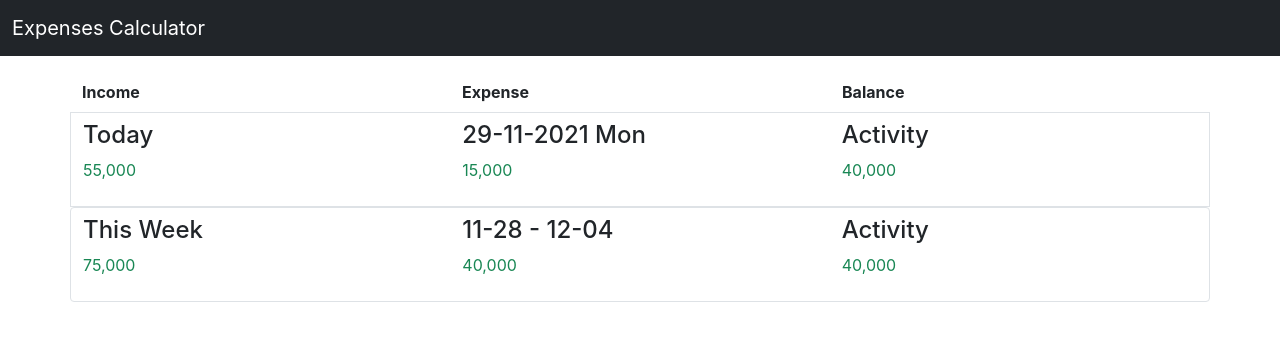
Repository: eidankhan/expenses-calculator
Page: /
An editor plug-in stored every save of this project. The page is shown before and after the next save, followed by the edit.
The browser window is 1280 px wide. The pictures show the whole page.
The project was rebuilt for these pictures with package versions that can differ from the ones it lists, and the page was loaded fresh each time. Also part of the build but not shown: src/components/SaveIncome.js.

Above is the page before, as saved 2021-11-29 17:15:35.

After the next save:
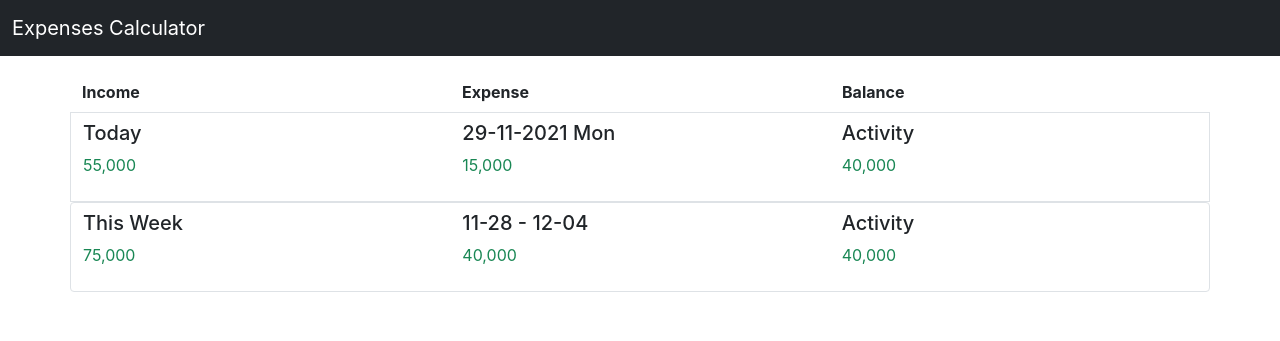
Saved 49 s later.
--- a/src/components/IncomeSummary.js
+++ b/src/components/IncomeSummary.js
@@ -1,58 +1,52 @@
 import React from "react";
 
 export const IncomeSummary = () => {
-
-
   return (
     <div className="my-3">
       <div className="row">
-        <div className="col-md-4 my-2 "> <strong>Income</strong> </div>
-        <div className="col-md-4 my-2 "> <strong>Expense</strong> </div>
-        <div className="col-md-4 my-2 "> <strong>Balance</strong> </div>
+        <div className="col-md-4 my-2 ">
+          {" "}
+          <strong>Income</strong>{" "}
+        </div>
+        <div className="col-md-4 my-2 ">
+          {" "}
+          <strong>Expense</strong>{" "}
+        </div>
+        <div className="col-md-4 my-2 ">
+          {" "}
+          <strong>Balance</strong>{" "}
+        </div>
       </div>
       <div className="row border rounder">
         <div className="col-md-4 my-2">
-
-              <h4 > Today </h4>
-              <p className="text-success"> 55,000</p>
-
+          <h5> Today </h5>
+          <p className="text-success"> 55,000</p>
         </div>
         <div className="col-md-4 my-2">
-
-            <h4 > 29-11-2021 Mon </h4>
-            <p className="text-success"> 15,000</p>
-
+          <h5> 29-11-2021 Mon </h5>
+          <p className="text-success"> 15,000</p>
         </div>
         <div className="col-md-4 my-2">
-
-            <h4 > Activity </h4>
-            <p className="text-success"> 40,000</p>
-
+          <h5> Activity </h5>
+          <p className="text-success"> 40,000</p>
         </div>
       </div>
       <div className="row border rounded">
         <div className="col-md-4 my-2">
           <div className="cards">
-
-              <h4> This Week </h4>
-              <p className="text-success"> 75,000</p>
-
+            <h5> This Week </h5>
+            <p className="text-success"> 75,000</p>
           </div>
         </div>
         <div className="col-md-4 my-2">
-
-            <h4> 11-28 - 12-04 </h4>
-            <p className="text-success"> 40,000</p>
-
+          <h5> 11-28 - 12-04 </h5>
+          <p className="text-success"> 40,000</p>
         </div>
         <div className="col-md-4 my-2">
-
-            <h4> Activity </h4>
-            <p className="text-success"> 40,000</p>
-
+          <h5> Activity </h5>
+          <p className="text-success"> 40,000</p>
         </div>
       </div>
-
     </div>
   );
 };
